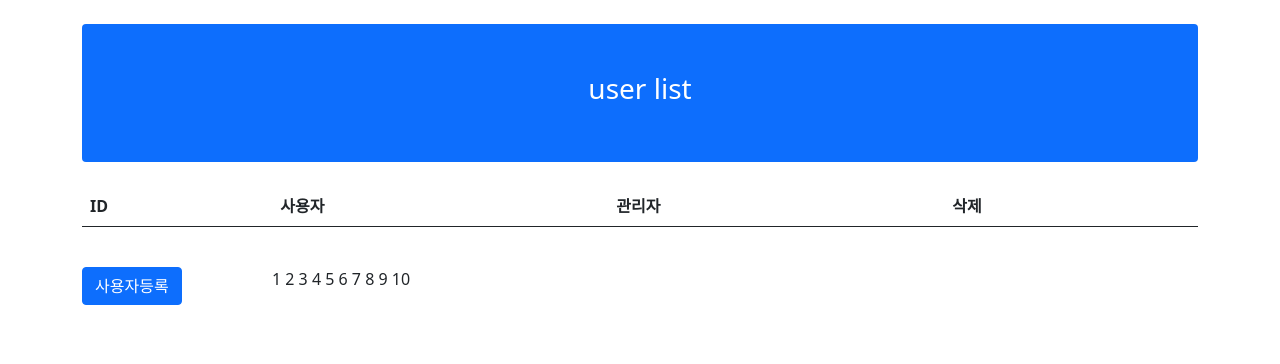
Repository: minokki/mino
Page: http://localhost/lec03_mvc/user/user_list.jsp
These files come from the project's save history. The page is drawn as it stood at one moment and after the next save; the edit follows.
The browser window is 1280 px wide. The pictures show the whole page.
Some web libraries are served in a nearby version. The page is served by Tomcat 9. Other server files are loaded and not shown.

Above is the page before, as saved 2022-12-28 05:31:13.

### spring/lec03_mvc/src/main/webapp/user/user_list.jsp
<%@page language="java" contentType="text/html; charset=UTF-8" pageEncoding="UTF-8"%>
<%@taglib uri="http://java.sun.com/jsp/jstl/core" prefix="c" %>
<!DOCTYPE html>
<html>
<head>
   <title>Spring Framework</title>
   <meta charset="UTF-8">
    <meta name="viewport" content="width=device-width, initial-scale=1">
   <link rel="stylesheet" href="https://use.fontawesome.com/releases/v5.4.1/css/all.css"
      integrity="sha384-5sAR7xN1Nv6T6+dT2mhtzEpVJvfS3NScPQTrOxhwjIuvcA67KV2R5Jz6kr4abQsz"
      crossorigin="anonymous">
   <link href="https://cdn.jsdelivr.net/npm/bootstrap@5.0.2/dist/css/bootstrap.min.css" rel="stylesheet" integrity="sha384-EVSTQN3/azprG1Anm3QDgpJLIm9Nao0Yz1ztcQTwFspd3yD65VohhpuuCOmLASjC" crossorigin="anonymous">
   <script src="https://cdn.jsdelivr.net/npm/bootstrap@5.0.2/dist/js/bootstrap.bundle.min.js" integrity="sha384-MrcW6ZMFYlzcLA8Nl+NtUVF0sA7MsXsP1UyJoMp4YLEuNSfAP+JcXn/tWtIaxVXM" crossorigin="anonymous"></script>
</head>
<body>
   <div class="container" align="center">
      <div class="mt-4 p-5 bg-primary text-white rounded">
         <h3>user list</h3>
         <c:if test="${ userList.isEmpty() }">
         <p class="bg-danger text-white">등록된 사용자 정보가 존재하지 않습니다!!</p>
         </c:if>
      </div>
      <br>

      <table class="table table-hover">
      	<thead>
      	<th scope="col">ID</th>
      	<th scope="col">사용자</th>
      	<th scope="col">관리자</th>
      	<th scope="col">삭제</th>
      	</thead>

      	<tbody>
      	<c:forEach var="user" items="${userList}">
      		<tr>
      			<td scope="row"><a href="updateUser.do?id=${user.getId()}"></a></td>
      			<td>${user.getName()}</td>
      			<td>${user.getRole()}</td>
      			<td align="center">
      			 <a href="deleteUser.do?id=${user.getId()}" class="btn btn-danger">
      			 	<i class="fas fa-trash"></i>
      			 </a>
      			</td>
      		</tr>
      	</c:forEach>
      	</tbody>
		</table>
   </div>
   <br/>
	<div class="container">
		<div class="row">
		<div class="col-sm-2">
		<!--  button trigger modal form - user add -->
		<button type="button" class="btn btn-primary" data-bs-toggle="modal" data-bs-target="#addUser">사용자등록</button>
		</div>

		<div class="col-sm-auto">
			1 2 3 4 5 6 7 8 9 10
		</div>
		</div>
	</div>

		<!--  사용자 등록 modal form -->
</body>
</html>

After the next save:
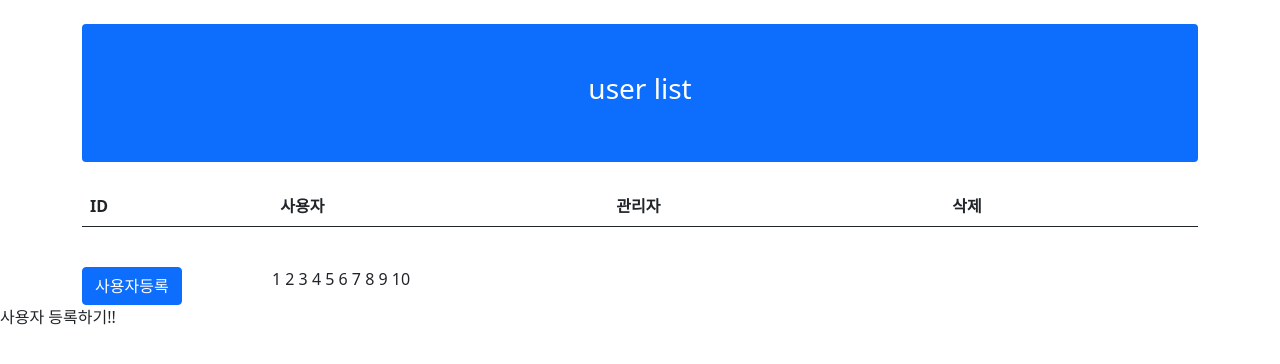
Saved 21 s later.
--- a/spring/lec03_mvc/src/main/webapp/user/user_list.jsp
+++ b/spring/lec03_mvc/src/main/webapp/user/user_list.jsp
@@ -61,5 +61,6 @@
 	</div>
 
 		<!--  사용자 등록 modal form -->
+		<div id="addUser">사용자 등록하기!!</div>
 </body>
 </html>

After the save that followed:
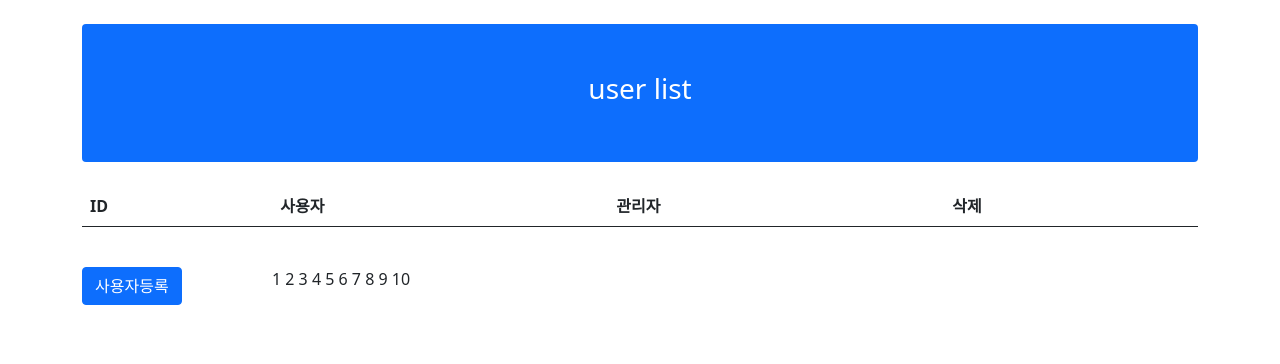
Saved 2 min 46 s later.
--- a/spring/lec03_mvc/src/main/webapp/user/user_list.jsp
+++ b/spring/lec03_mvc/src/main/webapp/user/user_list.jsp
@@ -61,6 +61,7 @@
 	</div>
 
 		<!--  사용자 등록 modal form -->
-		<div id="addUser">사용자 등록하기!!</div>
+		<div id="addUser" class="modal fade" data-bs-backdrop="static" data-bs-keyboard="false" tableindex="-1"
+		aria-labelledby="staticBackdropLabel" aria-hidden="true">사용자 등록하기!!</div>
 </body>
 </html>
